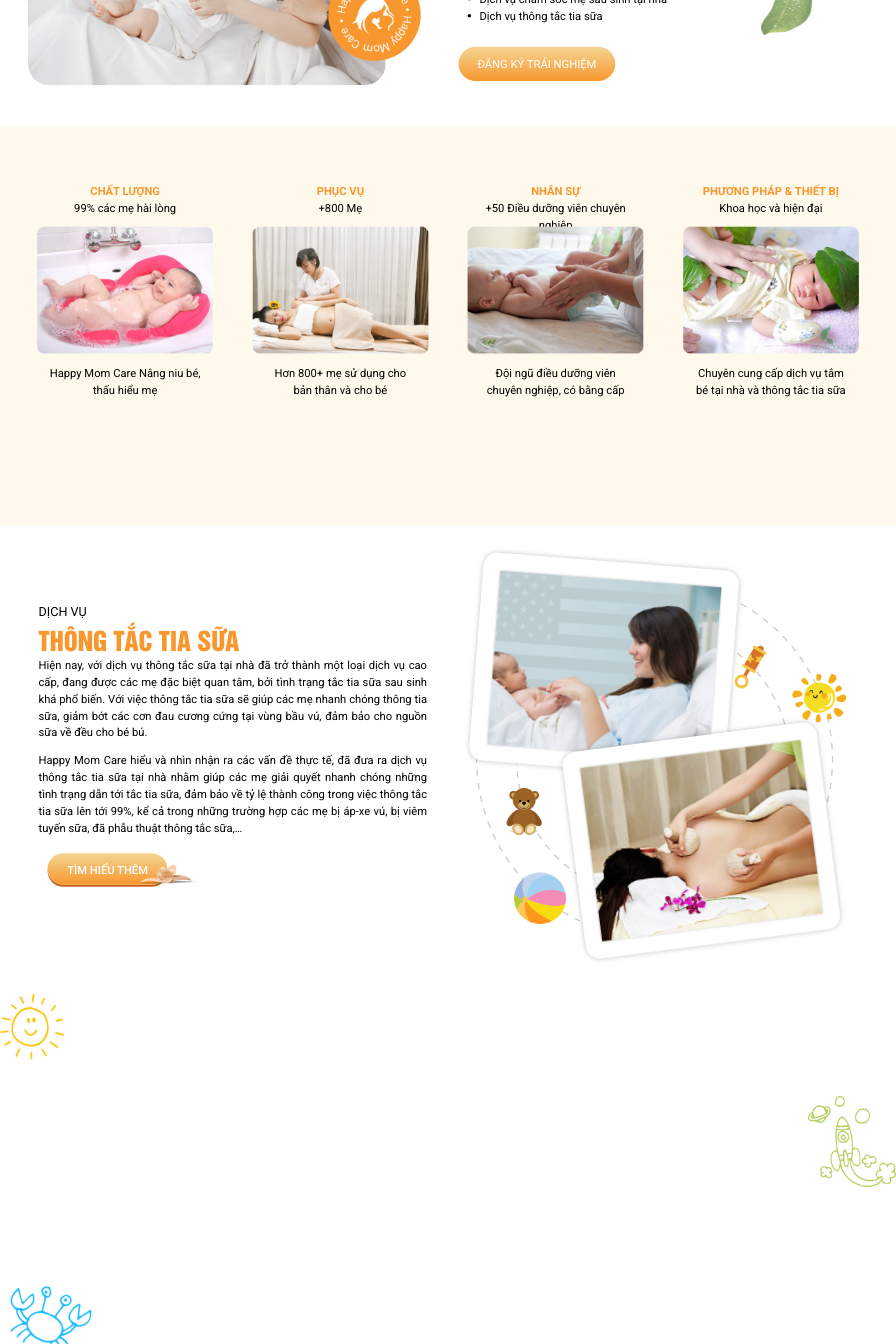
Repository: haianh12082001/happymom
Page: index.html
An editor plug-in stored every save of this project. The page is shown before and after a run of saves, followed by the edit.
The browser window is 1280 px wide. The pictures show the part of the page from y = 1487 to 3407 px (the page is 3407 px tall), at 70% of full size.
Some web libraries are served in a nearby version. The style sheet was rebuilt from its Sass, Less or Tailwind sources for each picture, by a compiler version that may differ from the author's.

Above is the page before, as saved 2021-11-16 10:35:25.

After the next 2 saves:
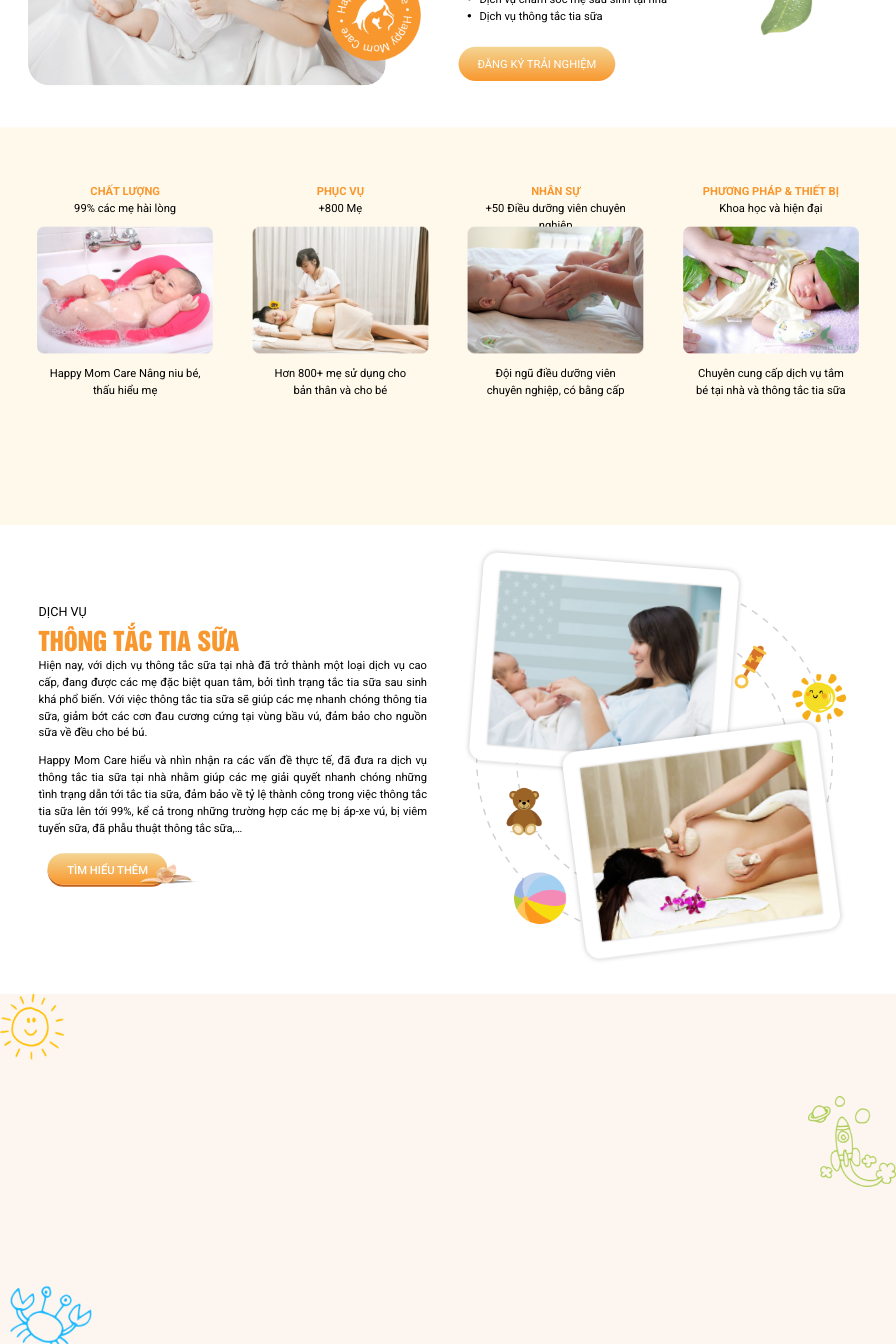
The 2 saves are shown as one change because they came seconds apart.
The last was saved 43 s later.
--- a/assets/sass/_service.scss
+++ b/assets/sass/_service.scss
@@ -77,6 +77,7 @@
     }
 }
 .serviceTwo {
+    background-color: #fdf5f0;
     background-image: url("../img/serviceTwo/Group\ 392\ \(1\).png");
     background-repeat: no-repeat;
     background-size: 100%;
